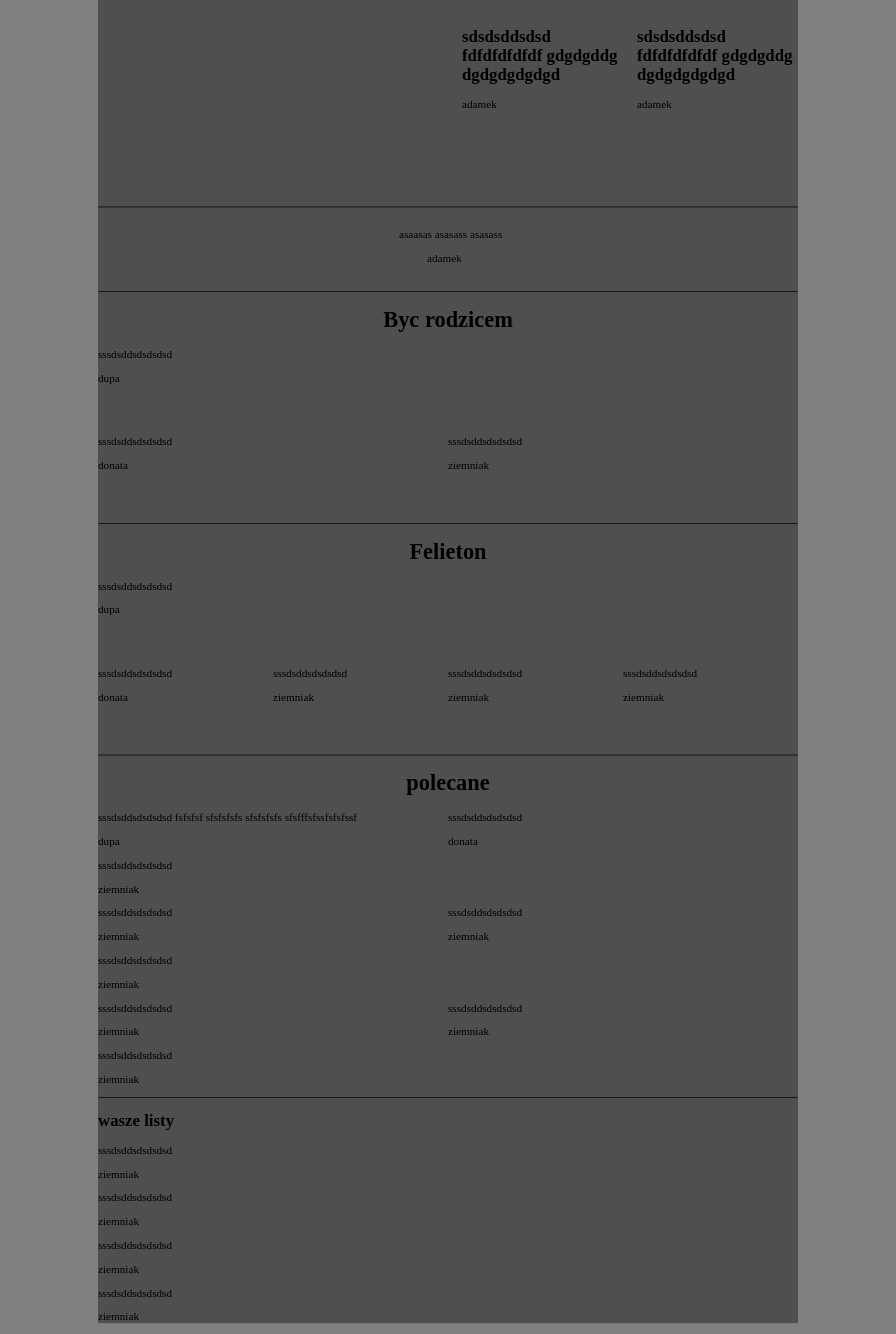
Repository: kq333/pitupitu.pl
Page: index.html
An editor plug-in stored every save of this project. The page is shown before and after the next save, followed by the edit.
The browser window is 1280 px wide. The pictures show the part of the page from y = 723 to 2643 px (the page is 2629 px tall before and 2643 px after), at 70% of full size.
The style sheet was rebuilt from its Sass, Less or Tailwind sources for each picture, by a compiler version that may differ from the author's.

Above is the page before, as saved 2020-11-04 11:38:19.

### index.html
<!DOCTYPE html>
<html lang="en">
<head>
    <meta charset="UTF-8">
    <meta name="viewport" content="width=device-width, initial-scale=1.0">
    <title>Document</title>
    <link rel="stylesheet" href="style/style.css">
</head>
<body>


<div id="container">
  <div id="content">
    <div id=bar>
        <ul class="ul_bar">Wyborcza
            <li>sdsd</li>
            <li>sdsd</li>
            <li>sdsd</li>
            <li>sdsd</li>
            <li>sdsd</li>
            <li>sdsd</li>
            <li>sdsd</li>
        </ul>
        <div class="loging">
            Logowanie
        </div>
    </div>
            <div id="logo"><p>Wysokie Obcasy</p>
                <ul class="ul_bar2">
                    <li>fdf</li>
                    <li>gccvcv</li>
                    <li>hghhgh</li>
                    <li>asaseerr</li>
                    <li>jljkj</li>
                    <li>wewewe</li>
                    <li>hghghh</li>
                </ul>


            </div>


           <div>

                <div class="block_1">
                    <div class="art1">
                        <article>
                        <h1>sdsdsddsdsd fdfdfdfdfdf gdgdgddg dgdgdgdgdgd</h1>


                            <p class="autor_name">adamek</p>
                        </article>
                    </div>

                    <div class="art2">
                            <article>
                                <h1>sdsdsddsdsd fdfdfdfdfdf gdgdgddg dgdgdgdgdgd</h1>


                                <p class="autor_name">adamek</p>
                            </article>
                     </div>
                     <div class="art3">
                            <article>
                                <h1>sdsdsddsdsd fdfdfdfdfdf gdgdgddg dgdgdgdgdgd</h1>


                                <p class="autor_name">adamek</p>
                            </article>
                      </div>
                      <div class="art4">
                            <article>
                                <h1>sdsdsddsdsd fdfdfdfdfdf gdgdgddg dgdgdgdgdgd</h1>


                                <p class="autor_name">adamek</p>
                            </article>
                       </div>
                            <div class="art5">
                                <article>
                                    <h1>sdsdsddsdsd fdfdfdfdfdf gdgdgddg dgdgdgdgdgd</h1>


                                    <p class="autor_name">adamek</p>
                                </article>
                            </div>
                                 <div class="art6">
                                    <article>
                                        <h1>sdsdsddsdsd fdfdfdfdfdf gdgdgddg dgdgdgdgdgd</h1>


                                        <p class="autor_name">adamek</p>
                                    </article>
                                 </div>
                                    <div class="art7">

                                        <article>
                                            <h1>sdsdsddsdsd fdfdfdfdfdf gdgdgddg dgdgdgdgdgd</h1>


                                            <p class="autor_name">adamek</p>
                                        </article>
                                    </div>

                                    <div class="art8">
                                            <article>
                                                <h1>sdsdsddsdsd fdfdfdfdfdf gdgdgddg dgdgdgdgdgd</h1>


                                                <p class="autor_name">adamek</p>
                                            </article>
                                    </div>
                                        <div class="art9">
                                                <article>

                                                    <h1>sdsdsddsdsd fdfdfdfdfdf gdgdgddg dgdgdgdgdgd</h1>


                                                    <p class="autor_name">adamek</p>
                                                </article>
                                        </div>
                </div>


                     <div class="quotes">
                         <p1>asaasas asasass asasass</p1>

                        <p class="autor_name">adamek</p>

                    </div>





                  <div class="section">
                    <header>
                        <h1>Byc rodzicem</h1>

                    </header>
                    </div>


                        <section class="family">


                                <div class="art10">
                                    <article> sssdsddsdsdsdsd
                                        <p class="autor_name">dupa</p>

                                    </article>

                                </div>
                                <div class="art11">
                                        <article> sssdsddsdsdsdsd
                                            <p class="autor_name">donata</p>

                                        </article>
                                </div>
                                    <div class="art12">
                                            <article> sssdsddsdsdsdsd
                                                <p class="autor_name">ziemniak</p>

                                            </article>
                                    </div>

                        </section>

                        <div class="section">
                        <header>
                            <h1>Felieton</h1>
                        </header>
                    </div>

                        <section class="column">

                            <div class="art13">
                                    <article> sssdsddsdsdsdsd
                                        <p class="autor_name">dupa</p>

                                    </article>

                            </div>
                                <div class="art14">
                                    <article> sssdsddsdsdsdsd
                                        <p class="autor_name">donata</p>

                                    </article>
                                </div>
                                     <div class="art15">
                                        <article> sssdsddsdsdsdsd
                                            <p class="autor_name">ziemniak</p>

                                        </article>
                                    </div>

                                        <div class="art16">
                                            <article> sssdsddsdsdsdsd
                                                <p class="autor_name">ziemniak</p>

                                            </article>
                                        </div>

                                        <div class="art17">
                                            <article> sssdsddsdsdsdsd
                                                <p class="autor_name">ziemniak</p>

                                            </article>
                                        </div>

                        </section>
                        <div class="section">
                        <header>
                            <h1>polecane</h1>

                        </header>
                    </div>

                            <section class="recommended">


                                    <div class="art18">
                                        <article> sssdsddsdsdsdsd
                                            fsfsfsf sfsfsfsfs sfsfsfsfs
                                            sfsfffsfssfsfsfssf
                                            <p class="autor_name">dupa</p>

                                        </article>
                                    </div>
                                        <div class="art19">
                                            <article> sssdsddsdsdsdsd
                                                <p class="autor_name">donata</p>

                                            </article>
                                        </div>
                                            <div class="art20">

                                                <article> sssdsddsdsdsdsd
                                                    <p class="autor_name">ziemniak</p>
                                                </article>
                                            </div>
                                                <div class="art21">
                                                    <article> sssdsddsdsdsdsd
                                                        <p class="autor_name">ziemniak</p>
                                                    </article>
                                                </div>
                                                    <div class="art22">
                                                        <article> sssdsddsdsdsdsd
                                                            <p class="autor_name">ziemniak</p>


                                                        </article>
                                                    </div>
                                                        <div class="art23">
                                                            <article> sssdsddsdsdsdsd
                                                                <p class="autor_name">ziemniak</p>


                                                            </article>
                                                        </div>

                                                            <div class="art24">
                                                                <article> sssdsddsdsdsdsd
                                                                    <p class="autor_name">ziemniak</p>


                                                                </article>
                                                            </div>
                                                                <div class="art25">
                                                                    <article> sssdsddsdsdsdsd
                                                                        <p class="autor_name">ziemniak</p>


                                                                    </article>
                                                                </div>
                                                                <div class="art26">
                                                            <article> sssdsddsdsdsdsd
                                                                <p class="autor_name">ziemniak</p>


                                                            </article>
                                                            </div>



                            </section>


                            <section>
                                <header>
                                    <h1>wasze listy</h1>

                                </header>

                                <article> sssdsddsdsdsdsd
                                    <p class="autor_name">ziemniak</p>


                                </article>

                                <article> sssdsddsdsdsdsd
                                    <p class="autor_name">ziemniak</p>


                                </article>

                                <article> sssdsddsdsdsdsd
                                    <p class="autor_name">ziemniak</p>


                                </article>

                                <article> sssdsddsdsdsdsd
                                    <p class="autor_name">ziemniak</p>


                                </article>


                            </section>

                            <footer>


                            </footer>



















































           </main>



  </div>




















</div>
</body>
</html>

### style/style.scss
body{
    background-color: grey;


}
#constainer{
    height: auto;
}

#content{
    margin:auto;
    background-color: rgb(80, 78, 78);
    width:1000px;

}


.ul_bar{
    width:960px;
    height: 40px;
    border-bottom: 1px solid black;


    li{
        list-style-type: none;
    }


}

#bar{
    display:grid;
    grid-template-columns: auto auto;
    width:1000px;



}

#logo{
    border-bottom: 1px solid black;
    width:1000px;
    height: 120px;
    p{
        margin-left:480px;
    }

    .ul_bar2{
        list-style-type: none;
        display:inline-flex;
        gap:55px;
        margin-left:170px;
    }
}

.block_1{
    width:1000px;
    height: auto;
    display:grid;
    grid-template-columns: 500px auto auto;
    .art1{
    grid-row-start: 1;
    grid-row-end: 9;
    height: 800px;;
    }
    gap: 20px;
}

.quotes{
    width: 940px;
    height: 60px;
    border-bottom: 1px solid black;
    border-top: 1px solid black;
    padding:30px;

    p1{
        margin-left: 400px;
        margin-top:130px;
    }
    p{
        margin-left: 440px;
    }

}

.section{
    text-align: center;
}
.family{
    width:1000px;
    height: 250px;
    border-bottom: 1px solid black;
    display:grid;
    grid-template-columns: auto auto;
    grid-template-areas: "art10 art10"
                          "art11 art12"  ;

.art10{
grid-area: art10;


}
.art11{
grid-area: art11;
}

.art12{
grid-area: art12;
}


}

.column{
    width:1000px;
    height: 250px;
    border-bottom: 1px solid black;
    display:grid;
    grid-template-columns: auto auto auto;
    grid-template-areas: "art13 art13 art13 art13"
                         " art14 art15 art16 art17"   ;

    .art13{

        grid-area: art13;


            }
    .art14{
        grid-area: art14;

     }

    .art15{
        grid-area: art15;
     }

     .art16{
        grid-area: art16;
     }

     .art17{
        grid-area: art17;
     }

    h1{
        margin-left:500px;

        }

}


.recommended{
    width:1000px;
    height: auto;
    border-bottom: 1px solid black;
    display:grid;
    grid-template-columns: repeat(2, 1fr);
    grid-template-areas: " art18   art19"
                         " art20   art19"
                         " art21  art22"
                         " art23  art22"
                         " art24  art25"
                         " art26  art25"
                         ;




.art18{
grid-area:art18;


}

.art19{
grid-area: art19;

 }

.art20{
grid-area: art20;


 }

.art21{
grid-area: art21;
 }

.art22{
grid-area: art22;
 }

.art23{
grid-area: art23;
 }

.art24{
grid-area: art24;

 }

.art25{
grid-area: art25;
 }

.art26{
grid-area: art26;
 }
};

After the next save:
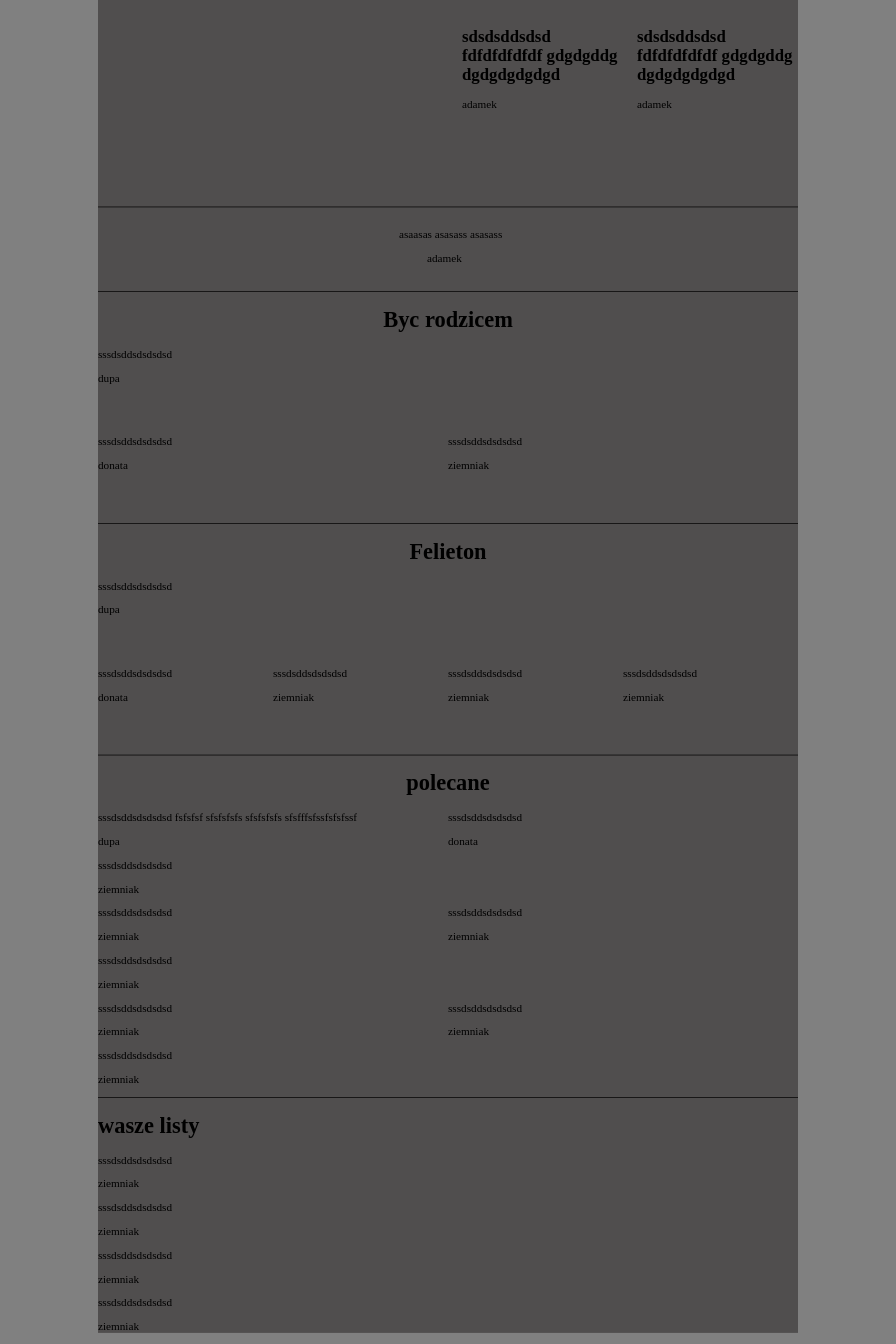
Saved 74 min 9 s later.
--- a/index.html
+++ b/index.html
@@ -284,13 +284,13 @@
 
 
                             </section>
-
+                            <header>
+                                <h1>wasze listy</h1>
+
+                            </header>
 
                             <section>
-                                <header>
-                                    <h1>wasze listy</h1>
-
-                                </header>
+
 
                                 <article> sssdsddsdsdsdsd
                                     <p class="autor_name">ziemniak</p>
